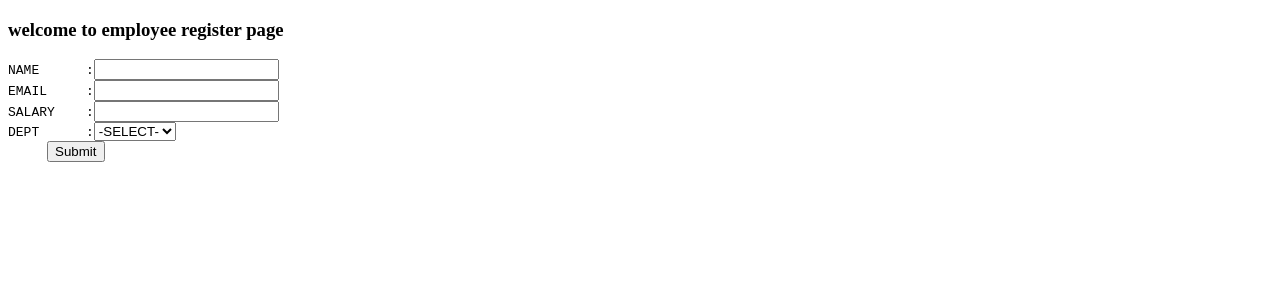
Repository: Prakash11122/Spring_MVC
Page: http://localhost/SpringMVC-WebMVC-JSP-MYSQLEx/WEB-INF/pages/EmployeeReg.jsp
The author's editor kept a copy of each file at every save. The page is drawn from the files as they stood at one save, then again after the next save.
The browser window is 1280 px wide. The pictures show the whole page.
The page is served by Tomcat 9. Nobody is signed in. The template is opened directly, without the code that normally fills it, so the values that code supplies are empty.

Above is the page before, as saved 2023-02-19 08:22:05.

After the next save:
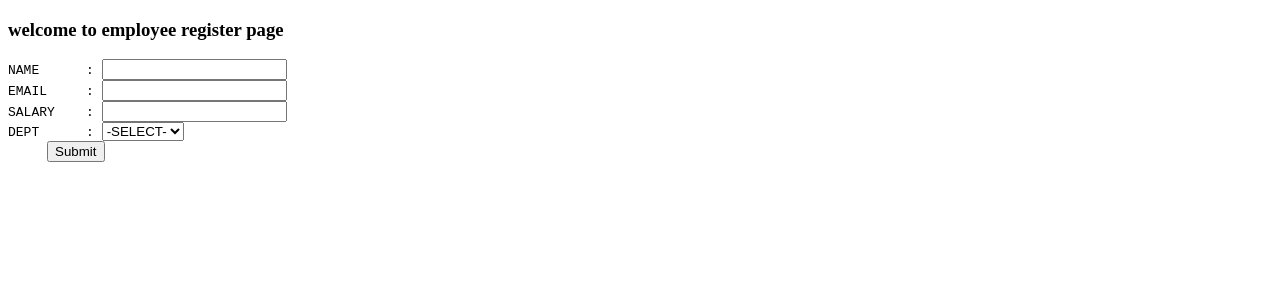
Saved 37 s later.
--- a/SpringMVC-WebMVC-JSP-MYSQLEx/src/main/webapp/WEB-INF/pages/EmployeeReg.jsp
+++ b/SpringMVC-WebMVC-JSP-MYSQLEx/src/main/webapp/WEB-INF/pages/EmployeeReg.jsp
@@ -10,10 +10,10 @@
 <h3>welcome to employee register page</h3>
 <form action="#" method="post">
 <pre>
-NAME      :<input type="text" name=""/>
-EMAIL     :<input type="text" name=""/>
-SALARY    :<input type="text" name=""/>
-DEPT      :<select name="">
+NAME      : <input type="text" name=""/>
+EMAIL     : <input type="text" name=""/>
+SALARY    : <input type="text" name=""/>
+DEPT      : <select name="">
               <option value="">-SELECT-</option>
               <option value="DEV">DEV</option>
               <option value="QA">QA</option>
